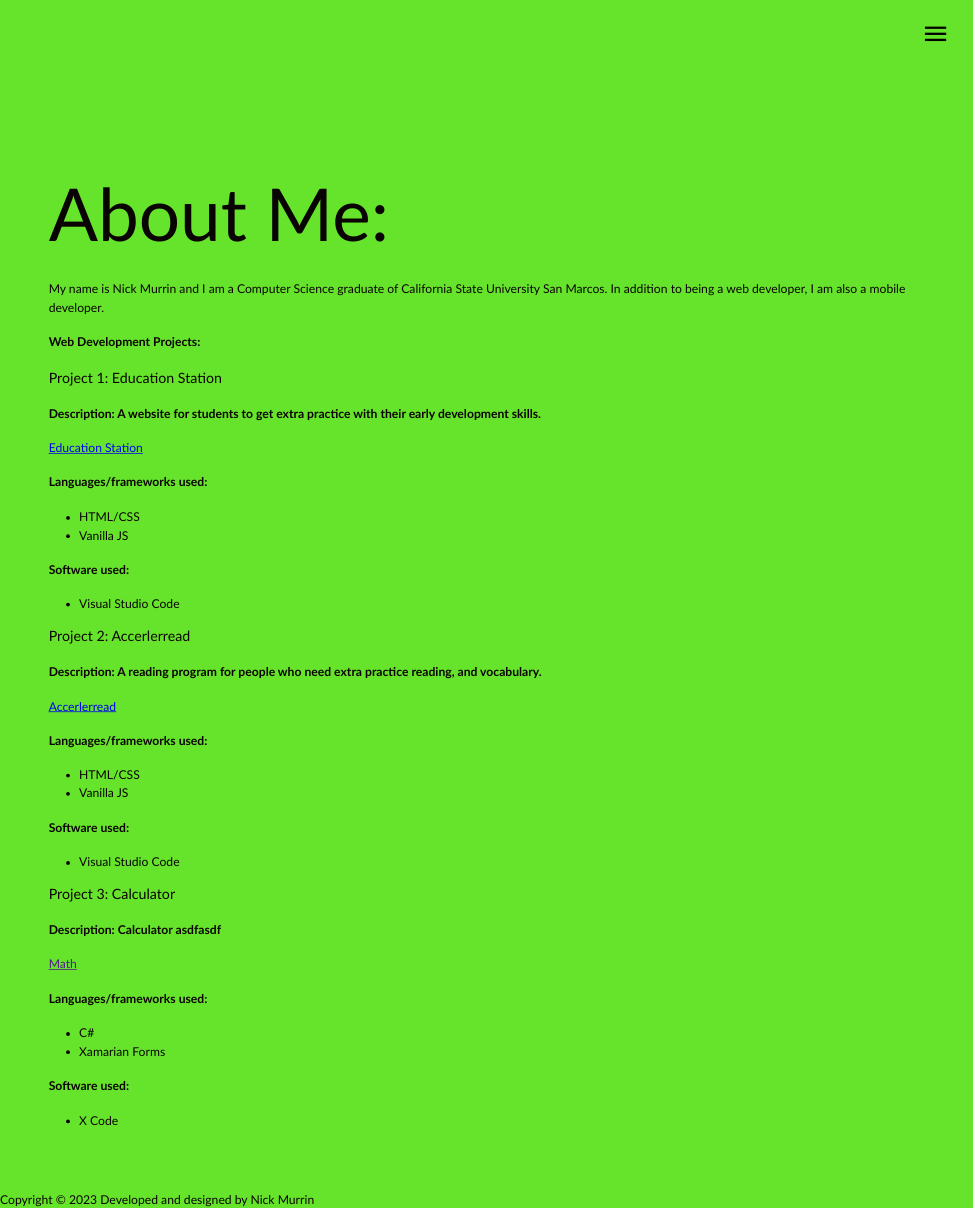
Repository: collegedude9300/modernport
Page: about.html
The author's editor kept a copy of each file at every save. The page is drawn from the files as they stood at one save, then again after the next save.
The browser window is 1280 px wide. The pictures show the whole page, at 76% of full size.

Above is the page before, as saved 2023-06-26 22:00:13.

### about.html
<!DOCTYPE html>
<html lang="en">
<head>
  <meta charset="UTF-8">
  <meta name="viewport" content="width=device-width, initial-scale=1.0">
  <meta http-equiv="X-UA-Compatible" content="ie=edge">
  <link rel="stylesheet" href="css/main.css">
  <title>Portfolio</title>
</head>
<body>
<header>
<div class="menu-btn">
<div class="btn-line"></div>
<div class="btn-line"></div>
<div class="btn-line"></div>
</div>

<nav class="menu">
<div class="menu-branding">
<div class="portrait"></div>
</div>

<ul class="menu-nav">
<li class="nav-item">
<a href="index.html" class="nav-link">
Home
</a>
</li>

<li class="nav-item current">
<a href="about.html" class="nav-link">
About Me
</a>
</li>



<li class="nav-item">
<a href="contact.html" class="nav-link">
Contact Me
</a>
</li>
</ul>
</nav>
</header>
<main id="home">

<h1 class="lg-heading">
About Me:
</h1>
    <div class="about-info">
      <div class="bio">
        <p>My name is Nick Murrin and I am a Computer Science graduate of California State University San Marcos.
        In addition to being a web developer, I am also a mobile developer.
        </p>
        <h4>  Web Development Projects:</h4>
      </div>
      <div class="project1">
        <h3>Project 1: Education Station </h3>
        <h4>Description: A website for students to get extra practice with their early development skills.</h4>
        <a href="https://educationstation.vercel.app/ "/>Education Station </a>
<h4> Languages/frameworks used: </h4>
<ul>
  <li>HTML/CSS</li>
  <li>Vanilla JS </li>
</ul>
<h4> Software used: </h4>
<ul>
<li> Visual Studio Code  </li>
</ul>
      </div>
      <div class="project2">
        <h3>Project 2: Accerlerread</h3>
        <h4>Description: A reading program for people who need extra practice reading, and vocabulary. </h4>
        <a href="https://accelerread.vercel.app/"/> Accerlerread </a>
    <h4> Languages/frameworks used: </h4>
    <ul>
      <li>HTML/CSS</li>
      <li>Vanilla JS </li>
    </ul>
    <h4> Software used: </h4>
    <ul>
    <li> Visual Studio Code  </li>
    </ul>
      </div>
<div class="project3">
        <h3>Project 3: Calculator</h3>
        <h4>Description: Calculator asdfasdf</h4>
        <a href=""/> Math </a>
<h4> Languages/frameworks used: </h4>
<ul>
  <li>C#</li>
  <li>Xamarian Forms</li>
</ul>
<h4> Software used: </h4>
<ul>
<li> X Code  </li>
</ul>
      </div>
</div>
</div>
</main>
  <footer id="main-footer">
  Copyright &copy; 2023
  Developed and designed by Nick Murrin
  </footer>
<script src="js/main.js"> </script>
</body>
</html>

### css/main.css
.menu-btn {
  position: absolute;
  z-index: 3;
  right: 35px;
  top: 35px;
  cursor: pointer;
  transition: all 0.5s ease-out; }
  .menu-btn .btn-line {
    width: 28px;
    height: 3px;
    margin: 0 0 5px 0;
    background: #000;
    transition: all 0.5s ease-out; }
  .menu-btn.close {
    transform: rotate(180deg); }
    .menu-btn.close .btn-line:nth-child(1) {
      transform: rotate(45deg) translate(5px, 5px); }
    .menu-btn.close .btn-line:nth-child(2) {
      opacity: 0; }
    .menu-btn.close .btn-line:nth-child(3) {
      transform: rotate(-45deg) translate(7px, -6px); }

.menu {
  position: fixed;
  top: 0;
  width: 100%;
  opacity: 0.9;
  visibility: hidden; }
  .menu.show {
    visibility: visible; }
  .menu-branding, .menu-nav {
    display: flex;
    flex-flow: column wrap;
    align-items: center;
    justify-content: center;
    float: left;
    width: 50%;
    height: 100vh;
    overflow: hidden; }
  .menu-nav {
    margin: 0;
    padding: 0;
    background: #f6a205;
    list-style: none;
    transform: translate3d(0, -100%, 0);
    transition: all 0.5s ease-out; }
    .menu-nav.show {
      transform: translate3d(0, 0, 0); }
  .menu-branding {
    background: #faac1b;
    transform: translate3d(0, 100%, 0);
    transition: all 0.5s ease-out; }
    .menu-branding.show {
      transform: translate3d(0, 0, 0); }
    .menu-branding .portrait {
      width: 250px;
      height: 250px; }
  .menu .nav-item {
    transform: translate3d(600px, 0, 0);
    transition: all 0.5s ease-out; }
    .menu .nav-item.show {
      transform: translate3d(0, 0, 0); }
  .menu .nav-link {
    display: inline-block;
    position: relative;
    font-size: 30px;
    text-transform: uppercase;
    padding: 1rem 0;
    font-weight: 300;
    color: #000;
    text-decoration: none;
    transition: all 0.5s ease-out; }

.nav-item:nth-child(1) {
  transition-delay: 0.1s; }

.nav-item:nth-child(2) {
  transition-delay: 0.2s; }

.nav-item:nth-child(3) {
  transition-delay: 0.3s; }

.nav-item:nth-child(4) {
  transition-delay: 0.4s; }

@media screen and (min-width: 1171px) {
  .projects {
    grid-template-columns: repeat(4, 1fr); } }

@media screen and (min-width: 769px) and (max-width: 1170px) {
  .projects {
    grid-template-columns: repeat(3, 1fr); } }

@media screen and (max-width: 768px) {
  main {
    align-items: center;
    text-align: center; }
    main .lg-heading {
      line-height: 1;
      margin-bottom: 1rem; }
  ul.menu-nav,
  div.menu-branding {
    float: none;
    width: 100%;
    min-height: 0; }
    ul.menu-nav.show,
    div.menu-branding.show {
      transform: translate3d(0, 0, 0); }
  .menu-nav {
    height: 75vh;
    transform: translate3d(-100%, 0, 0);
    font-size: 24px; }
  .menu-branding {
    height: 25vh;
    transform: translate3d(100%, 0, 0); }
    .menu-branding .portrait {
      width: 150px;
      height: 150px; }
  .about-info {
    grid-template-areas: 'bioimage'
 'bio'
 'job1'
 'job2'
 'job3';
    grid-template-columns: 1fr; }
  .projects {
    grid-template-columns: repeat(2, 1fr); } }

@media screen and (max-width: 500px) {
  main {
    padding: 2rem; }
    main #home h1 {
      margin-top: 10vh; }
    main .lg-heading {
      margin-top: 1rem;
      font-size: 5rem; }
  .projects {
    grid-template-columns: 1fr; } }

* {
  box-sizing: border-box; }

body {
  background: #66e42c;
  color: #0a0303;
  height: 100%;
  margin: 0;
  font-family: 'Trebuchet MS', 'Lucida Sans Unicode', 'Lucida Grande', 'Lucida Sans', Arial, sans-serif;
  line-height: 1.5; }

.transition1 {
  width: 150px;
  height: 150px;
  background: red;
  transition: width 3s; }

.transition2 {
  width: 150px;
  height: 150px;
  background: #12e7ee;
  transition: width 3s; }

.transition3 {
  width: 150px;
  height: 150px;
  background: #e7d918;
  transition: width 3s; }

.transition4 {
  width: 150px;
  height: 150px;
  background: rgba(238, 150, 18, 0.753);
  transition: width 3s; }

.myTitle {
  padding: 50px;
  margin: 20px;
  font-size: 30px;
  font-family: Cambria, Cochin, Georgia, Times, 'Times New Roman', serif;
  color: #1133ca; }

h1, h2, h3 {
  margin: 0;
  font-weight: 400; }

.lg-heading {
  font-size: 6rem; }

header {
  position: relative;
  z-index: 2; }

main {
  padding: 4rem;
  height: 100%; }
  main#home {
    overflow: hidden; }
  main h1 {
    margin-top: 20vh; }

### js/main.js
// Select DOM Items
const menuBtn = document.querySelector('.menu-btn');
const menu = document.querySelector('.menu');
const menuNav = document.querySelector('.menu-nav');
const menuBranding = document.querySelector('.menu-branding');
const navItems = document.querySelectorAll('.nav-item');

// Set Initial State Of Menu
let showMenu = false;

menuBtn.addEventListener('click', toggleMenu);

function toggleMenu() {
  if (!showMenu) {
    menuBtn.classList.add('close');
    menu.classList.add('show');
    menuNav.classList.add('show');
    menuBranding.classList.add('show');
    navItems.forEach(item => item.classList.add('show'));

    // Set Menu State
    showMenu = true;
  } else {
    menuBtn.classList.remove('close');
    menu.classList.remove('show');
    menuNav.classList.remove('show');
    menuBranding.classList.remove('show');
    navItems.forEach(item => item.classList.remove('show'));

    // Set Menu State
    showMenu = false;
  }
}

After the next save:
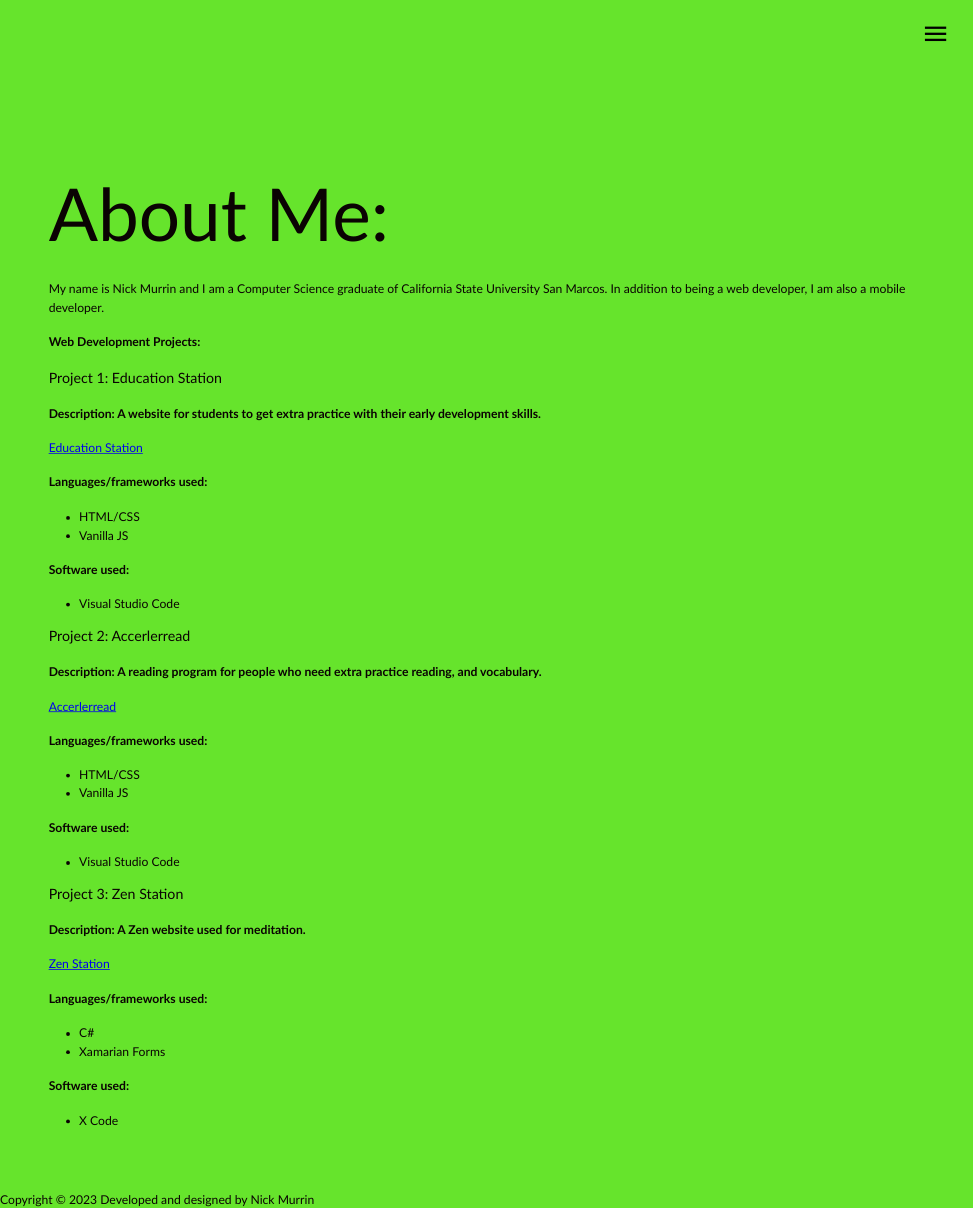
Saved 83 s later.
--- a/about.html
+++ b/about.html
@@ -84,9 +84,9 @@ About Me:
     </ul>
       </div>
 <div class="project3">
-        <h3>Project 3: Calculator</h3>
-        <h4>Description: Calculator asdfasdf</h4>
-        <a href=""/> Math </a>
+        <h3>Project 3: Zen Station</h3>
+        <h4>Description: A Zen website used for meditation.</h4>
+        <a href="https://zenstationnext.vercel.app/"/> Zen Station </a>
 <h4> Languages/frameworks used: </h4>
 <ul>
   <li>C#</li>
